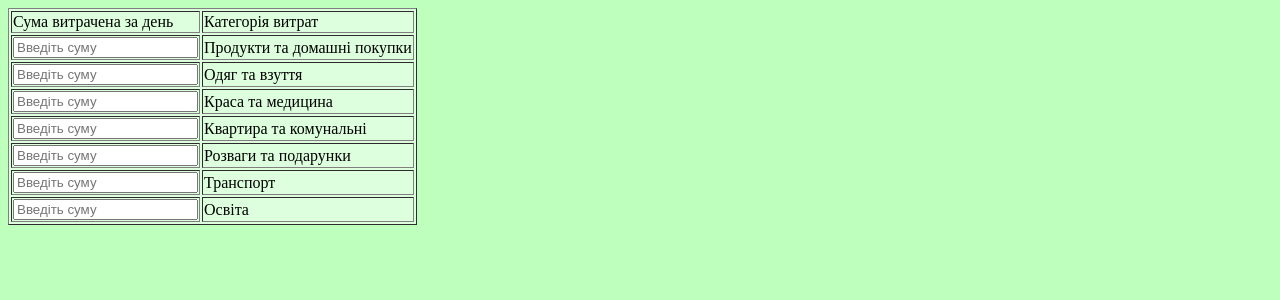
Repository: alexandrastarovoyda-star/Planer2
Page: index.html
An editor plug-in stored every save of this project. The page is shown before and after the next save, followed by the edit.
The browser window is 1280 px wide. The pictures show the whole page.

Above is the page before, as saved 2026-03-23 14:14:31.

### index.html
<!DOCTYPE html>
<html lang="uk">
    <head>
            <meta charset="UTF-8">
            <title>Планер бюджету</title>
            <link rel="stylesheet" href="css/all.css">
            <link rel="stylesheet" href="css/index.css">
    </head>
    <body>
        <table border="1" class="table_calculator" id="day_spend_table">
            <tr>
                <td>Сума витрачена за день</td><td>Категорія витрат</td>
            </tr>
            <tr>
                <td><input type="number" placeholder="Введіть суму"></td><td>Продукти та домашні покупки</td>
            </tr>
            <tr>
                <td><input type="number" placeholder="Введіть суму"></td><td>Одяг та взуття</td>
            </tr>
            <tr>
                <td><input type="number" placeholder="Введіть суму"></td><td>Краса та медицина</td>
            </tr>
            <tr>
                <td><input type="number" placeholder="Введіть суму"></td><td>Квартира та комунальні</td>
            </tr>
            <tr>
                <td><input type="number" placeholder="Введіть суму"></td><td>Розваги та подарунки</td>
            </tr>
            <tr>
                <td><input type="number" placeholder="Введіть суму"></td><td>Транспорт</td>
            </tr>
            <tr>
                <td><input type="number" placeholder="Введіть суму"></td><td>Освіта</td>
            </tr>
        </table>
    </body>
</html>

### css/all.css
body{
    background: rgba(172, 255, 172, 0.781);
}

### css/index.css
#day_spend_table{
    background: rgba(255, 255, 255, 0.466);
}

After the next save:
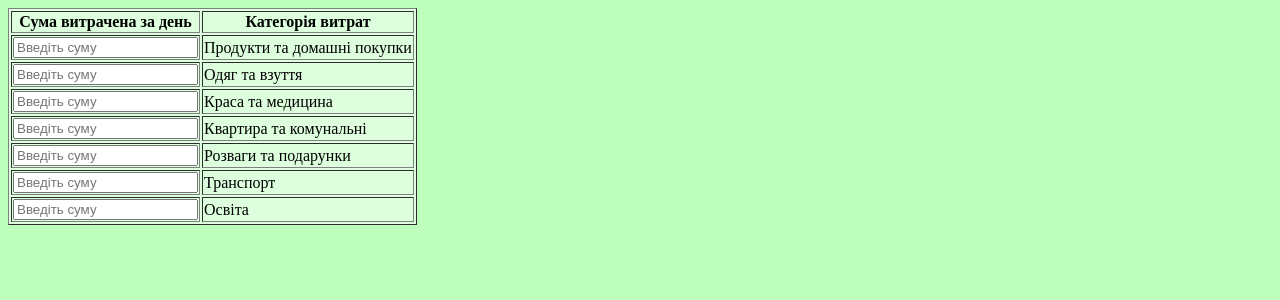
Saved 52 s later.
--- a/index.html
+++ b/index.html
@@ -9,7 +9,7 @@
     <body>
         <table border="1" class="table_calculator" id="day_spend_table">
             <tr>
-                <td>Сума витрачена за день</td><td>Категорія витрат</td>
+                <th>Сума витрачена за день</th><th>Категорія витрат</th>
             </tr>
             <tr>
                 <td><input type="number" placeholder="Введіть суму"></td><td>Продукти та домашні покупки</td>
